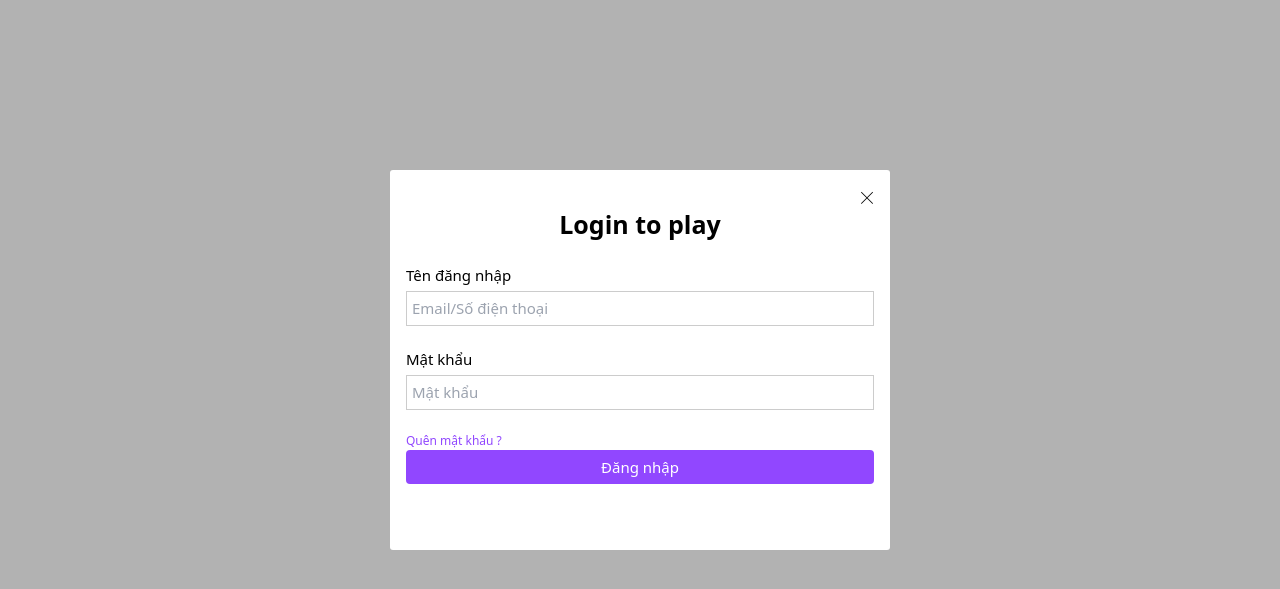
Repository: Teddy1705/demo_pj
Page: /
These files come from the project's save history. The page is drawn as it stood at one moment and after the next save; the edit follows.
The browser window is 1280 px wide. The pictures show the whole page.
The project was rebuilt for these pictures with package versions that can differ from the ones it lists, and the page was loaded fresh each time. Also part of the build but not shown: vite.config.js.

Above is the page before, as saved 2024-04-16 10:35:26.

### index.html
<!DOCTYPE html>
<html lang="en">
  <head>
    <meta charset="UTF-8" />
    <link rel="icon" type="image/svg+xml" href="/vite.svg" />
    <meta name="viewport" content="width=device-width, initial-scale=1.0" />
    <title>Tic Tac Toe</title>
    <link rel="stylesheet" href="./src/index.css" />
    <link
      rel="stylesheet"
      href="./src/assets/themify-icons/themify-icons.css"
    />
  </head>
  <body>
    <div id="root"></div>
    <script type="module" src="/src/main.jsx"></script>
  </body>
</html>

### src/index.css
:root {
  --white-color: #fff;
  --black-color: #000;
}

/*
1. Prevent padding and border from affecting element width. (https://github.com/mozdevs/cssremedy/issues/4)
2. Allow adding a border to an element by just adding a border-width. (https://github.com/tailwindcss/tailwindcss/pull/116)
*/

*,
::before,
::after {
  box-sizing: border-box;
  /* 1 */
  border-width: 0;
  /* 2 */
  border-style: solid;
  /* 2 */
  border-color: #e5e7eb;
  /* 2 */
}

::before,
::after {
  --tw-content: "";
}

/*
1. Use a consistent sensible line-height in all browsers.
2. Prevent adjustments of font size after orientation changes in iOS.
3. Use a more readable tab size.
4. Use the user's configured `sans` font-family by default.
5. Use the user's configured `sans` font-feature-settings by default.
6. Use the user's configured `sans` font-variation-settings by default.
7. Disable tap highlights on iOS
*/

html,
:host {
  line-height: 1.5;
  /* 1 */
  -webkit-text-size-adjust: 100%;
  /* 2 */
  -moz-tab-size: 4;
  /* 3 */
  -o-tab-size: 4;
  tab-size: 4;
  /* 3 */
  font-family: ui-sans-serif, system-ui, sans-serif, "Apple Color Emoji",
    "Segoe UI Emoji", "Segoe UI Symbol", "Noto Color Emoji";
  /* 4 */
  font-feature-settings: normal;
  /* 5 */
  font-variation-settings: normal;
  /* 6 */
  -webkit-tap-highlight-color: transparent;
  /* 7 */
}

/*
1. Remove the margin in all browsers.
2. Inherit line-height from `html` so users can set them as a class directly on the `html` element.
*/

body {
  margin: 0;
  /* 1 */
  line-height: inherit;
  /* 2 */
}

/*
1. Add the correct height in Firefox.
2. Correct the inheritance of border color in Firefox. (https://bugzilla.mozilla.org/show_bug.cgi?id=190655)
3. Ensure horizontal rules are visible by default.
*/

hr {
  height: 0;
  /* 1 */
  color: inherit;
  /* 2 */
  border-top-width: 1px;
  /* 3 */
}

/*
Add the correct text decoration in Chrome, Edge, and Safari.
*/

abbr:where([title]) {
  -webkit-text-decoration: underline dotted;
  text-decoration: underline dotted;
}

/*
Remove the default font size and weight for headings.
*/

h1,
h2,
h3,
h4,
h5,
h6 {
  font-size: inherit;
  font-weight: inherit;
}

/*
Reset links to optimize for opt-in styling instead of opt-out.
*/

a {
  color: inherit;
  text-decoration: inherit;
}

/*
Add the correct font weight in Edge and Safari.
*/

b,
strong {
  font-weight: bolder;
}

/*
1. Use the user's configured `mono` font-family by default.
2. Use the user's configured `mono` font-feature-settings by default.
3. Use the user's configured `mono` font-variation-settings by default.
4. Correct the odd `em` font sizing in all browsers.
*/

code,
kbd,
samp,
pre {
  font-family: ui-monospace, SFMono-Regular, Menlo, Monaco, Consolas,
    "Liberation Mono", "Courier New", monospace;
  /* 1 */
  font-feature-settings: normal;
  /* 2 */
  font-variation-settings: normal;
  /* 3 */
  font-size: 1em;
  /* 4 */
}

/*
Add the correct font size in all browsers.
*/

small {
  font-size: 80%;
}

/*
Prevent `sub` and `sup` elements from affecting the line height in all browsers.
*/

sub,
sup {
  font-size: 75%;
  line-height: 0;
  position: relative;
  vertical-align: baseline;
}

sub {
  bottom: -0.25em;
}

sup {
  top: -0.5em;
}

/*
1. Remove text indentation from table contents in Chrome and Safari. (https://bugs.chromium.org/p/chromium/issues/detail?id=999088, https://bugs.webkit.org/show_bug.cgi?id=201297)
2. Correct table border color inheritance in all Chrome and Safari. (https://bugs.chromium.org/p/chromium/issues/detail?id=935729, https://bugs.webkit.org/show_bug.cgi?id=195016)
3. Remove gaps between table borders by default.
*/

table {
  text-indent: 0;
  /* 1 */
  border-color: inherit;
  /* 2 */
  border-collapse: collapse;
  /* 3 */
}

/*
1. Change the font styles in all browsers.
2. Remove the margin in Firefox and Safari.
3. Remove default padding in all browsers.
*/

button,
input,
optgroup,
select,
textarea {
  font-family: inherit;
  /* 1 */
  font-feature-settings: inherit;
  /* 1 */
  font-variation-settings: inherit;
  /* 1 */
  font-size: 100%;
  /* 1 */
  font-weight: inherit;
  /* 1 */
  line-height: inherit;
  /* 1 */
  letter-spacing: inherit;
  /* 1 */
  color: inherit;
  /* 1 */
  margin: 0;
  /* 2 */
  padding: 0;
  /* 3 */
}

/*
Remove the inheritance of text transform in Edge and Firefox.
*/

button,
select {
  text-transform: none;
}

/*
1. Correct the inability to style clickable types in iOS and Safari.
2. Remove default button styles.
*/

button,
input:where([type="button"]),
input:where([type="reset"]),
input:where([type="submit"]) {
  -webkit-appearance: button;
  /* 1 */
  background-color: transparent;
  /* 2 */
  background-image: none;
  /* 2 */
}

/*
Use the modern Firefox focus style for all focusable elements.
*/

:-moz-focusring {
  outline: auto;
}

/*
Remove the additional `:invalid` styles in Firefox. (https://github.com/mozilla/gecko-dev/blob/2f9eacd9d3d995c937b4251a5557d95d494c9be1/layout/style/res/forms.css#L728-L737)
*/

:-moz-ui-invalid {
  box-shadow: none;
}

/*
Add the correct vertical alignment in Chrome and Firefox.
*/

progress {
  vertical-align: baseline;
}

/*
Correct the cursor style of increment and decrement buttons in Safari.
*/

::-webkit-inner-spin-button,
::-webkit-outer-spin-button {
  height: auto;
}

/*
1. Correct the odd appearance in Chrome and Safari.
2. Correct the outline style in Safari.
*/

[type="search"] {
  -webkit-appearance: textfield;
  /* 1 */
  outline-offset: -2px;
  /* 2 */
}

/*
Remove the inner padding in Chrome and Safari on macOS.
*/

::-webkit-search-decoration {
  -webkit-appearance: none;
}

/*
1. Correct the inability to style clickable types in iOS and Safari.
2. Change font properties to `inherit` in Safari.
*/

::-webkit-file-upload-button {
  -webkit-appearance: button;
  /* 1 */
  font: inherit;
  /* 2 */
}

/*
Add the correct display in Chrome and Safari.
*/

summary {
  display: list-item;
}

/*
Removes the default spacing and border for appropriate elements.
*/

blockquote,
dl,
dd,
h1,
h2,
h3,
h4,
h5,
h6,
hr,
figure,
p,
pre {
  margin: 0;
}

fieldset {
  margin: 0;
  padding: 0;
}

legend {
  padding: 0;
}

ol,
ul,
menu {
  list-style: none;
  margin: 0;
  padding: 0;
}

/*
Reset default styling for dialogs.
*/

dialog {
  padding: 0;
}

/*
Prevent resizing textareas horizontally by default.
*/

textarea {
  resize: vertical;
}

/*
1. Reset the default placeholder opacity in Firefox. (https://github.com/tailwindlabs/tailwindcss/issues/3300)
2. Set the default placeholder color to the user's configured gray 400 color.
*/

input::-moz-placeholder,
textarea::-moz-placeholder {
  opacity: 1;
  /* 1 */
  color: #9ca3af;
  /* 2 */
}

input::placeholder,
textarea::placeholder {
  opacity: 1;
  /* 1 */
  color: #9ca3af;
  /* 2 */
}

/*
Set the default cursor for buttons.
*/

button,
[role="button"] {
  cursor: pointer;
}

/*
Make sure disabled buttons don't get the pointer cursor.
*/

:disabled {
  cursor: default;
}

/*
1. Make replaced elements `display: block` by default. (https://github.com/mozdevs/cssremedy/issues/14)
2. Add `vertical-align: middle` to align replaced elements more sensibly by default. (https://github.com/jensimmons/cssremedy/issues/14#issuecomment-634934210)
   This can trigger a poorly considered lint error in some tools but is included by design.
*/

img,
svg,
video,
canvas,
audio,
iframe,
embed,
object {
  display: block;
  /* 1 */
  vertical-align: middle;
  /* 2 */
}

/*
Constrain images and videos to the parent width and preserve their intrinsic aspect ratio. (https://github.com/mozdevs/cssremedy/issues/14)
*/

img,
video {
  max-width: 100%;
  height: auto;
}

/* Make elements with the HTML hidden attribute stay hidden by default */

[hidden] {
  display: none;
}

*,
::before,
::after {
  --tw-border-spacing-x: 0;
  --tw-border-spacing-y: 0;
  --tw-translate-x: 0;
  --tw-translate-y: 0;
  --tw-rotate: 0;
  --tw-skew-x: 0;
  --tw-skew-y: 0;
  --tw-scale-x: 1;
  --tw-scale-y: 1;
  --tw-pan-x: ;
  --tw-pan-y: ;
  --tw-pinch-zoom: ;
  --tw-scroll-snap-strictness: proximity;
  --tw-gradient-from-position: ;
  --tw-gradient-via-position: ;
  --tw-gradient-to-position: ;
  --tw-ordinal: ;
  --tw-slashed-zero: ;
  --tw-numeric-figure: ;
  --tw-numeric-spacing: ;
  --tw-numeric-fraction: ;
  --tw-ring-inset: ;
  --tw-ring-offset-width: 0px;
  --tw-ring-offset-color: #fff;
  --tw-ring-color: rgb(59 130 246 / 0.5);
  --tw-ring-offset-shadow: 0 0 #0000;
  --tw-ring-shadow: 0 0 #0000;
  --tw-shadow: 0 0 #0000;
  --tw-shadow-colored: 0 0 #0000;
  --tw-blur: ;
  --tw-brightness: ;
  --tw-contrast: ;
  --tw-grayscale: ;
  --tw-hue-rotate: ;
  --tw-invert: ;
  --tw-saturate: ;
  --tw-sepia: ;
  --tw-drop-shadow: ;
  --tw-backdrop-blur: ;
  --tw-backdrop-brightness: ;
  --tw-backdrop-contrast: ;
  --tw-backdrop-grayscale: ;
  --tw-backdrop-hue-rotate: ;
  --tw-backdrop-invert: ;
  --tw-backdrop-opacity: ;
  --tw-backdrop-saturate: ;
  --tw-backdrop-sepia: ;
  --tw-contain-size: ;
  --tw-contain-layout: ;
  --tw-contain-paint: ;
  --tw-contain-style: ;
}

::backdrop {
  --tw-border-spacing-x: 0;
  --tw-border-spacing-y: 0;
  --tw-translate-x: 0;
  --tw-translate-y: 0;
  --tw-rotate: 0;
  --tw-skew-x: 0;
  --tw-skew-y: 0;
  --tw-scale-x: 1;
  --tw-scale-y: 1;
  --tw-pan-x: ;
  --tw-pan-y: ;
  --tw-pinch-zoom: ;
  --tw-scroll-snap-strictness: proximity;
  --tw-gradient-from-position: ;
  --tw-gradient-via-position: ;
  --tw-gradient-to-position: ;
  --tw-ordinal: ;
  --tw-slashed-zero: ;
  --tw-numeric-figure: ;
  --tw-numeric-spacing: ;
  --tw-numeric-fraction: ;
  --tw-ring-inset: ;
  --tw-ring-offset-width: 0px;
  --tw-ring-offset-color: #fff;
  --tw-ring-color: rgb(59 130 246 / 0.5);
  --tw-ring-offset-shadow: 0 0 #0000;
  --tw-ring-shadow: 0 0 #0000;
  --tw-shadow: 0 0 #0000;
  --tw-shadow-colored: 0 0 #0000;
  --tw-blur: ;
  --tw-brightness: ;
  --tw-contrast: ;
  --tw-grayscale: ;
  --tw-hue-rotate: ;
  --tw-invert: ;
  --tw-saturate: ;
  --tw-sepia: ;
  --tw-drop-shadow: ;
  --tw-backdrop-blur: ;
  --tw-backdrop-brightness: ;
  --tw-backdrop-contrast: ;
  --tw-backdrop-grayscale: ;
  --tw-backdrop-hue-rotate: ;
  --tw-backdrop-invert: ;
  --tw-backdrop-opacity: ;
  --tw-backdrop-saturate: ;
  --tw-backdrop-sepia: ;
  --tw-contain-size: ;
  --tw-contain-layout: ;
  --tw-contain-paint: ;
  --tw-contain-style: ;
}

#modal {
  position: fixed;
  top: 0;
  right: 0;
  bottom: 0;
  left: 0;
  display: flex;
  align-items: center;
  justify-content: center;
}

#modal .modal__overlay {
  position: absolute;
  width: 100%;
  height: 100%;
  background-color: rgba(0, 0, 0, 0.3);
}

#modal .modal__body {
  position: relative;
  background-color: var(--white-color);
  margin: auto;
  width: 500px;
  min-height: 300px;
  padding: 16px;
  border-radius: 3px;
}

.auth-form {
}

.auth-form__heading {
  font-size: 25px;
  font-weight: 700;
  text-align: center;
  margin: 20px 0;
}

.auth-form__close {
  position: absolute;
  top: 0;
  right: 0;
  font-size: 14px;
  padding: 18px 16px;
}

.auth-form__close:hover {
  background-color: #ccc;
  cursor: pointer;
}

.auth-form__info {
}

.auth-form__info-details {
}

.auth-form__label {
  display: block;
  font-size: 15px;
  font-weight: 500;
}

.auth-form__info-input {
  border: 1px solid #ccc;
  width: 100%;
  font-size: 15px;
  padding: 5px;
  margin: 5px 0 22px;
}

.auth-form__help {
  font-size: 12px;
  color: #9147ff;
  margin: 0;
}

.auth-form__btn {
  width: 100%;
  background-color: #9147ff;
  color: #fff;
  font-size: 15px;
  font-weight: 500;
  padding: 6px;
  border-radius: 4px;
  margin-bottom: 50px;
}

### src/main.jsx
import React from "react";
import ReactDOM from "react-dom/client";
import App from "./App.jsx";
import { createBrowserRouter, RouterProvider } from "react-router-dom";
import Root from "./routes/root";
import "./index.css";

const router = createBrowserRouter([
  {
    path: "/",
    element: <Root />,
  },
]);

ReactDOM.createRoot(document.getElementById("root")).render(
  <React.StrictMode>
    <RouterProvider router={router} />
    <App />
  </React.StrictMode>
);

### src/routes/root.jsx
export default function Root() {
  return (
    <>
      <div id="modal">
        <div className="modal__overlay"></div>
        <div className="modal__body">
          <div className="auth-form">
            <h1 className="auth-form__heading">Login to play</h1>
            <div className="auth-form__close">
              <i className="ti-close"></i>
            </div>
            <div className="auth-form__info">
              <div className="auth-form__info-details">
                <label htmlFor="" className="auth-form__label">
                  Tên đăng nhập
                </label>
                <input
                  type="text"
                  className="auth-form__info-input"
                  placeholder="Email/Số điện thoại"
                />
              </div>
              <div className="auth-form__info-details">
                <label htmlFor="" className="auth-form__label">
                  Mật khẩu
                </label>
                <input
                  type="password"
                  className="auth-form__info-input"
                  placeholder="Mật khẩu"
                />
              </div>
            </div>
            <div className="auth-form__help">Quên mật khẩu ?</div>
            <button className="auth-form__btn">
              <a
                href={`https://codesandbox.io/s/q2z497?file=%2Fsrc%2FApp.js&utm_medium=sandpack`}
                className=""
              >
                Đăng nhập
              </a>
            </button>
          </div>
        </div>
      </div>
      <div id="detail"></div>
    </>
  );
}

Loaded but not shown: src/assets/themify-icons/themify-icons.css (common file); src/App.jsx (common file)

After the next save:
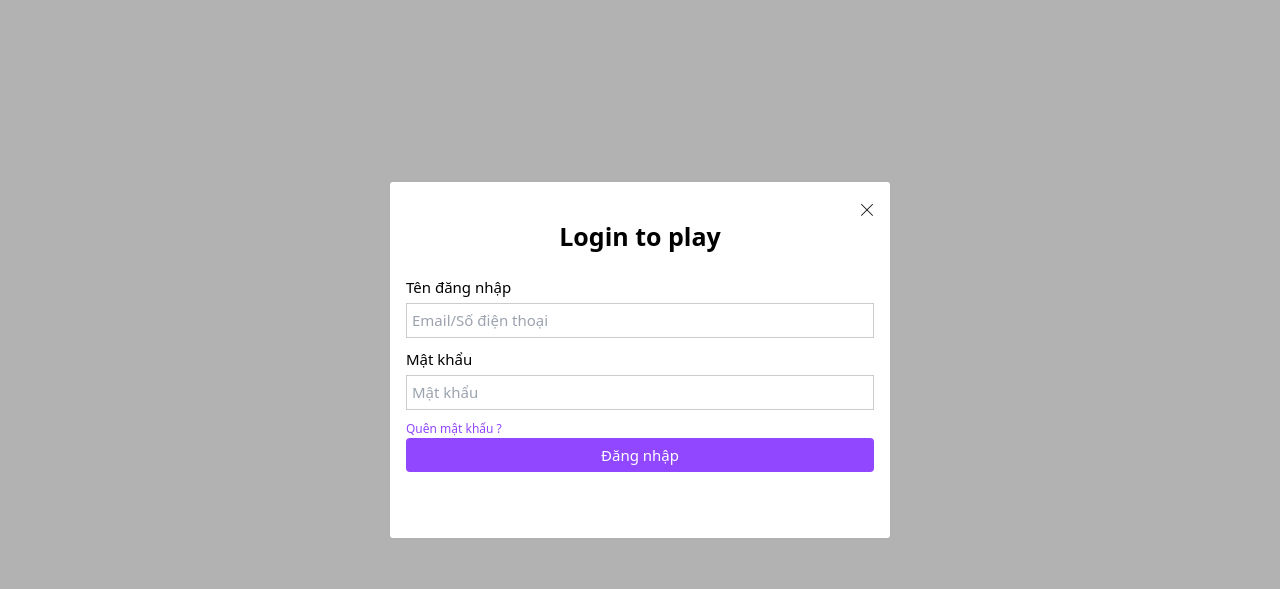
Saved 13 s later.
--- a/src/index.css
+++ b/src/index.css
@@ -628,7 +628,7 @@ video {
   width: 100%;
   font-size: 15px;
   padding: 5px;
-  margin: 5px 0 22px;
+  margin: 5px 0 10px;
 }
 
 .auth-form__help {
